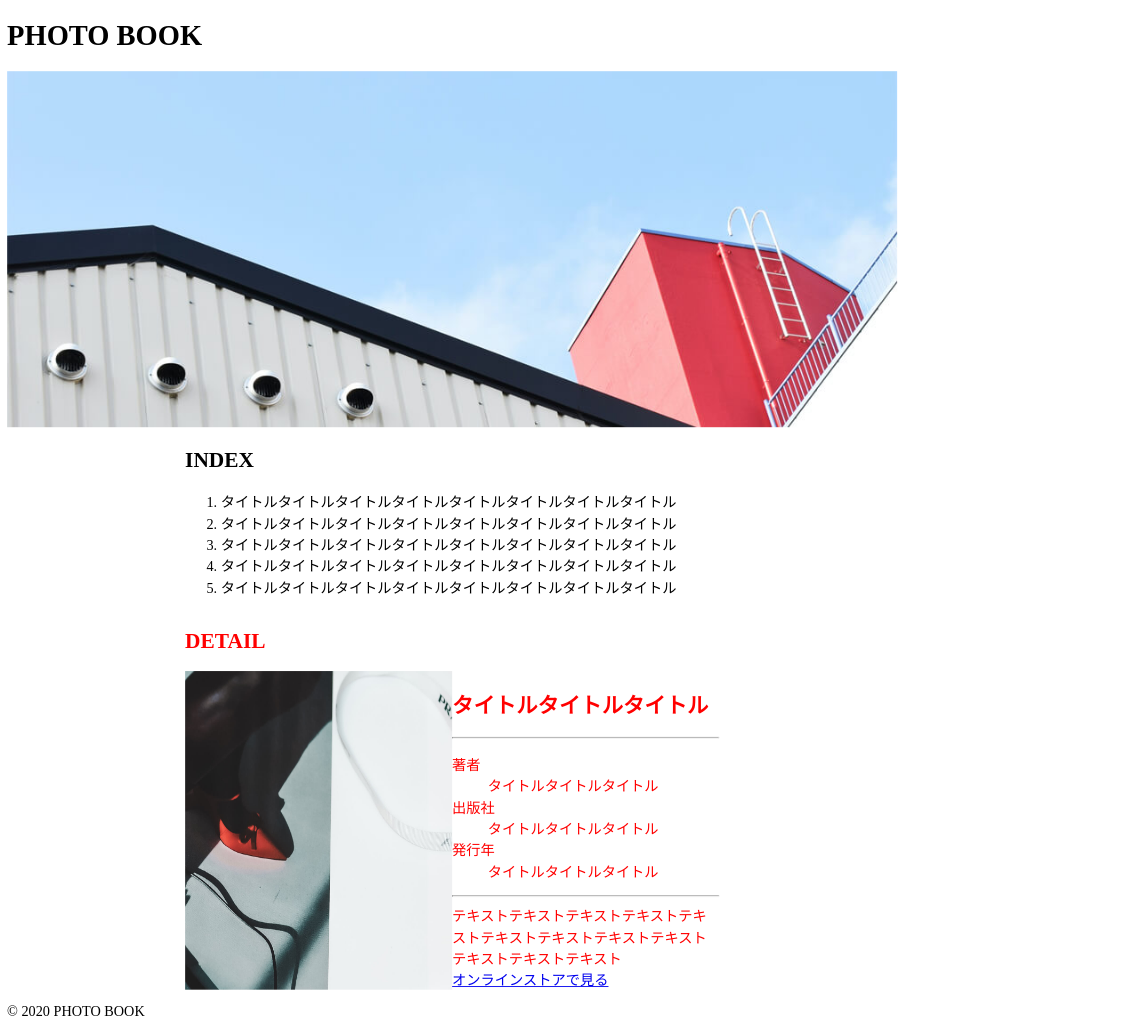
Repository: daytime/LP-study
Page: photo_book/index.html
These files come from the project's save history. The page is drawn as it stood at one moment and after the next save; the edit follows.
The browser window is 1280 px wide. The pictures show the whole page, at 89% of full size.

Above is the page before, as saved 2025-02-01 15:46:05.

### photo_book/index.html
<!DOCTYPE html>
<!-- https://code-jump.com/photo-menu/ -->
<html lang="ja">
  <head>
    <meta charset="UTF-8" />
    <meta name="viewport" content="width=device-width, initial-scale=1.0" />
    <style>
      @import url(./style.css);
    </style>
    <title>PHOTO BOOK</title>
  </head>
  <body>
    <header>
      <h1>PHOTO BOOK</h1>
    </header>
    <aside>
    <img src="img/mainvisual.jpg" alt="ロゴ" />
      <section id="index">
        <div>
          <h2>INDEX</h2>
          <ol number="1">
            <li>
              タイトルタイトルタイトルタイトルタイトルタイトルタイトルタイトル
            </li>
            <li>
              タイトルタイトルタイトルタイトルタイトルタイトルタイトルタイトル
            </li>
            <li>
              タイトルタイトルタイトルタイトルタイトルタイトルタイトルタイトル
            </li>
            <li>
              タイトルタイトルタイトルタイトルタイトルタイトルタイトルタイトル
            </li>
            <li>
              タイトルタイトルタイトルタイトルタイトルタイトルタイトルタイトル
            </li>
          </ol>
        </div>
      </section>
      <section id="detail">
        <div>
          <h2>DETAIL</h2>
          <div>
            <div class="fully">
              <img class="img" src="img/detail.jpg" alt="絵" />
              <div>
                <h2>
                タイトルタイトルタイトル
                </h2>
                <hr />
                <dl>
                  <dt>著者</dt> <dd>タイトルタイトルタイトル</dd>
                  <dt>出版社</dt><dd>タイトルタイトルタイトル</dd>
                  <dt>発行年</dt><dd>タイトルタイトルタイトル</dd>
                  </dt>
                </dl>
                <hr/>
                <div class="main">
                  テキストテキストテキストテキストテキストテキストテキストテキストテキストテキストテキストテキスト
              </div>
              <div>
                <a href="https://www.google.com">オンラインストアで見る</a>
              </div>
            </div>
          </div>
        </div>
      </section>
    </aside>
    <footer>
      <p>&copy 2020 PHOTO BOOK</p>
  </body>
</html>

### photo_book/style.css
.main {
  width: 300px;
}

#index {
  /* color: red; */
  margin-left: 200px;
  display: flex;
  flex-direction: column;
}

.img {
  width: 300px;
}

#detail {
  color: red;
  margin-left: 200px;
  display: flex;
  flex-direction: row;
}

.detail {
  display: flex;
  flex-direction: column;
}

.fully {
  display: flex;
  flex-direction: row;
}

After the next save:
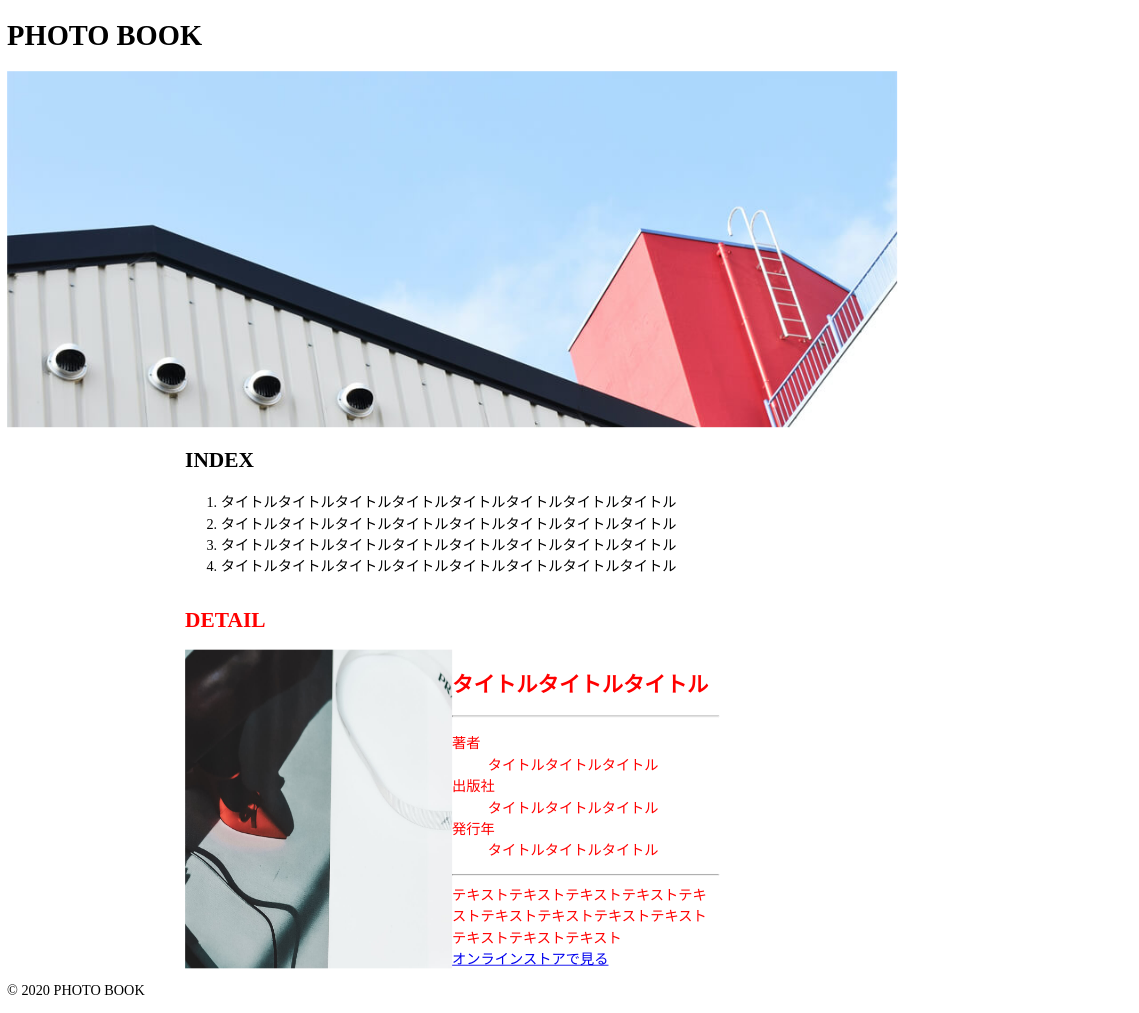
Saved 40 h 54 min later.
--- a/photo_book/index.html
+++ b/photo_book/index.html
@@ -19,21 +19,10 @@
         <div>
           <h2>INDEX</h2>
           <ol number="1">
-            <li>
-              タイトルタイトルタイトルタイトルタイトルタイトルタイトルタイトル
-            </li>
-            <li>
-              タイトルタイトルタイトルタイトルタイトルタイトルタイトルタイトル
-            </li>
-            <li>
-              タイトルタイトルタイトルタイトルタイトルタイトルタイトルタイトル
-            </li>
-            <li>
-              タイトルタイトルタイトルタイトルタイトルタイトルタイトルタイトル
-            </li>
-            <li>
-              タイトルタイトルタイトルタイトルタイトルタイトルタイトルタイトル
-            </li>
+            <li> タイトルタイトルタイトルタイトルタイトルタイトルタイトルタイトル</li>
+            <li> タイトルタイトルタイトルタイトルタイトルタイトルタイトルタイトル</li>
+            <li> タイトルタイトルタイトルタイトルタイトルタイトルタイトルタイトル</li>
+            <li> タイトルタイトルタイトルタイトルタイトルタイトルタイトルタイトル</li>
           </ol>
         </div>
       </section>

After the save that followed:
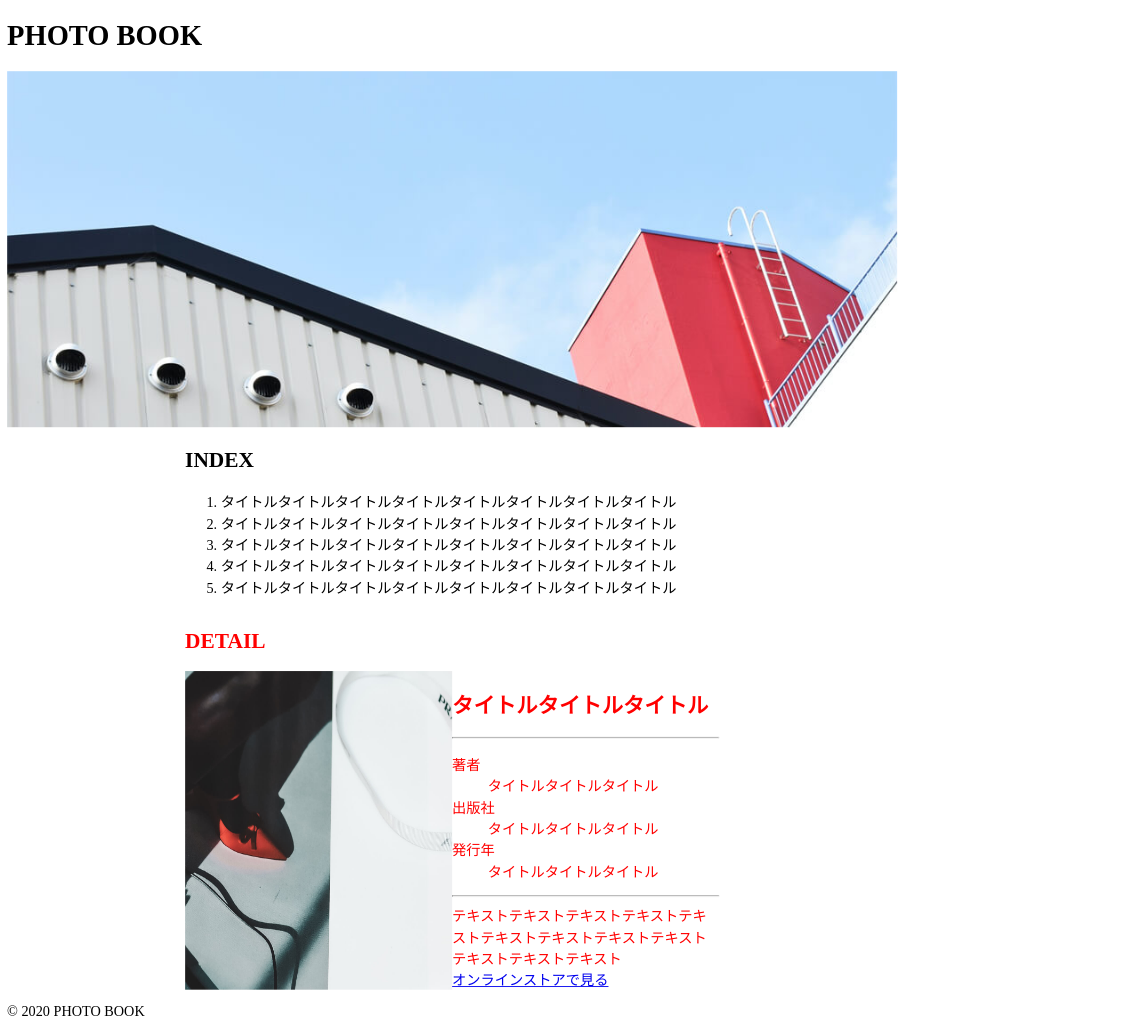
Saved 7 s later.
--- a/photo_book/index.html
+++ b/photo_book/index.html
@@ -19,6 +19,7 @@
         <div>
           <h2>INDEX</h2>
           <ol number="1">
+            <li> タイトルタイトルタイトルタイトルタイトルタイトルタイトルタイトル</li>
             <li> タイトルタイトルタイトルタイトルタイトルタイトルタイトルタイトル</li>
             <li> タイトルタイトルタイトルタイトルタイトルタイトルタイトルタイトル</li>
             <li> タイトルタイトルタイトルタイトルタイトルタイトルタイトルタイトル</li>
